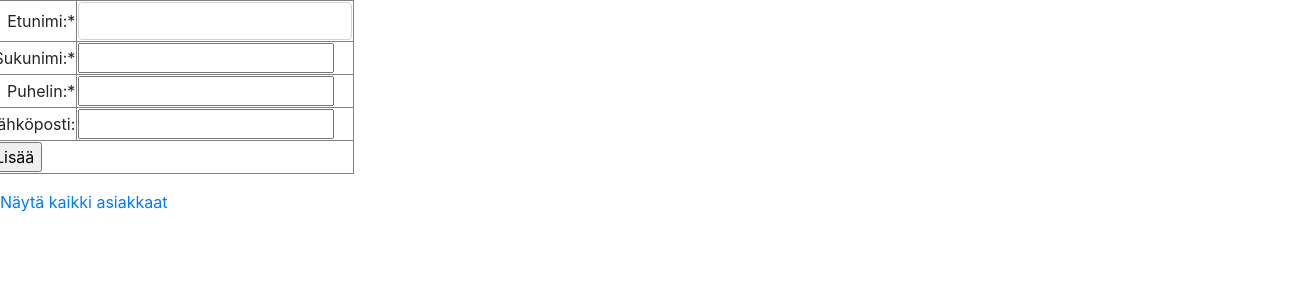
Repository: sarastu5/javaohjelmointi
Page: http://localhost/AsiakkaatWeb/lisaaasiakas.jsp
An editor plug-in stored every save of this project. The page is shown before and after the next save, followed by the edit.
The browser window is 1280 px wide. The page is 1295 px wide, so the pictures cover 1295 px, including what lies to the right of the window. The pictures show the whole page.
Some web libraries are served in a nearby version. The page is served by Tomcat 9. The session is filled in as if someone had signed in: {"kayttaja": 1}.

Above is the page before, as saved 2018-05-04 18:24:58.

After the next save:
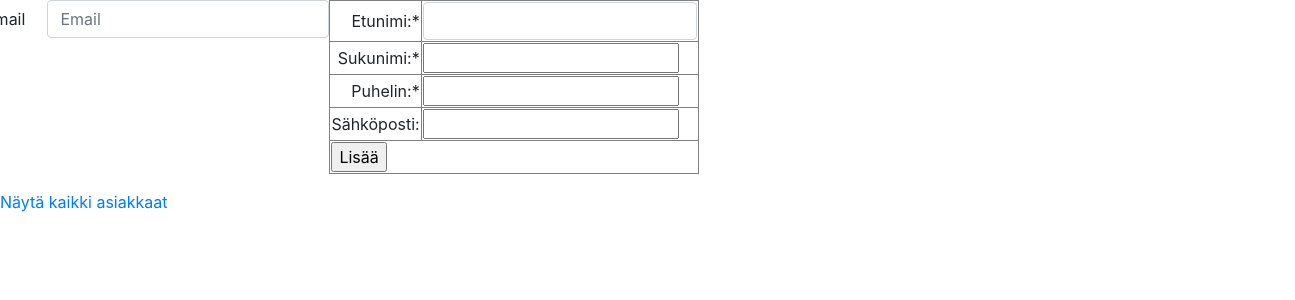
Saved 9 min 35 s later.
--- a/Java EE/AsiakkaatWeb/WebContent/lisaaasiakas.jsp
+++ b/Java EE/AsiakkaatWeb/WebContent/lisaaasiakas.jsp
@@ -13,6 +13,20 @@
 <body>
 	<div id="error"></div>
 	<form class="form-group row" action="LisaaAsiakas" method="post" name="lisaaLomake" onsubmit="return validateForm()" id="lisaaLomake">
+		<div class="form-group row">
+    <label for="inputEmail3" class="col-sm-2 col-form-label">Email</label>
+    <div class="col-sm-10">
+      <input type="email" class="form-control" id="inputEmail3" placeholder="Email">
+    </div>
+  </div>
+
+
+
+
+
+
+
+
 		<table border="1">
 			<tr>
 				<td align="right">Etunimi:*</td>
